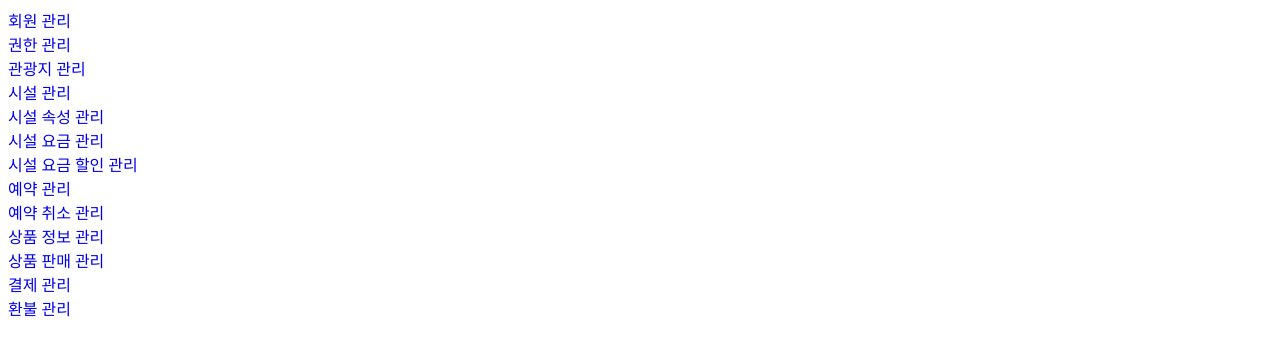
Repository: psyoongsc/SogongDo_Facility
Page: http://localhost/SogongDo_Management_System/
An editor plug-in stored every save of this project. The page is shown before and after the next save, followed by the edit.
The browser window is 1280 px wide. The pictures show the whole page.
The page is served by Tomcat 9. Nobody is signed in. The application's start-up code is not run. Other server files are loaded and not shown.

Above is the page before, as saved 2020-06-25 14:28:09.

### SogongDo_Management_System/WebContent/index.jsp
<%@ page language="java" contentType="text/html; charset=UTF-8"
    pageEncoding="UTF-8"%>
<!DOCTYPE html>
<html>
<head>
<meta charset="EUC-KR">
<title>소공도 관리시스템</title>
<style>
a {
	text-decoration: none;
	text-align: center;
}
</style>
</head>
<body>
	<div class="container">
		<a href="Member/view">회원 관리</a> <br>
		<a href="Authority/view">권한 관리</a> <br>
		<a href="TouristSite/view">관광지 관리</a> <br>
		<a href="Facility/view">시설 관리</a> <br>
		<a href="Facility/Attribute/view">시설 속성 관리</a> <br>
		<a href="Facility/Charge/view">시설 요금 관리</a> <br>
		<a href="Facility/Charge/discount/view">시설 요금 할인 관리</a> <br>
		<a href="Reservation/view">예약 관리</a> <br>
		<a href="Reservation/Cancel/view">예약 취소 관리</a> <br>
		<a href="Product/view">상품 정보 관리</a> <br>
		<a href="Product/Sell/view">상품 판매 관리</a> <br>
		<a href="Payment/view">결제 관리</a> <br>
		<a href="Refund/view">환불 관리</a> <br>
	</div>
</body>
</html>

After the next save:
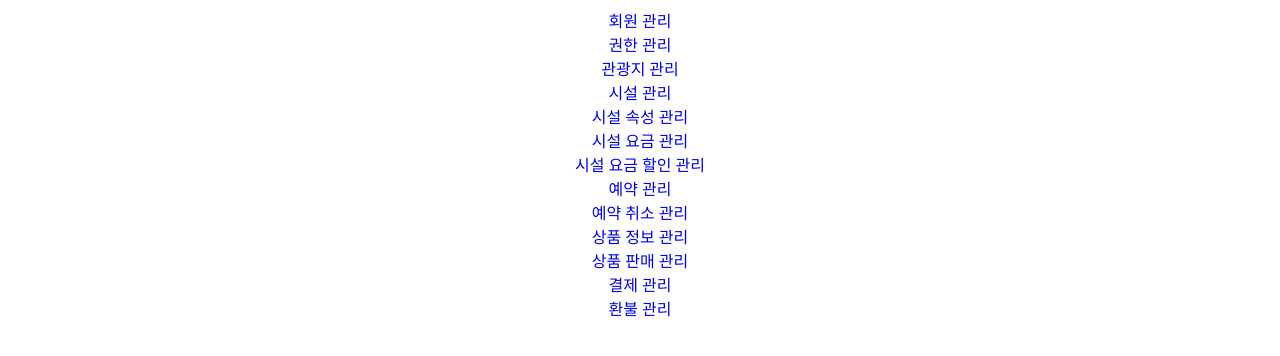
Saved 16 s later.
--- a/SogongDo_Management_System/WebContent/index.jsp
+++ b/SogongDo_Management_System/WebContent/index.jsp
@@ -8,6 +8,10 @@
 <style>
 a {
 	text-decoration: none;
+	text-align: center;
+}
+
+.container {
 	text-align: center;
 }
 </style>
